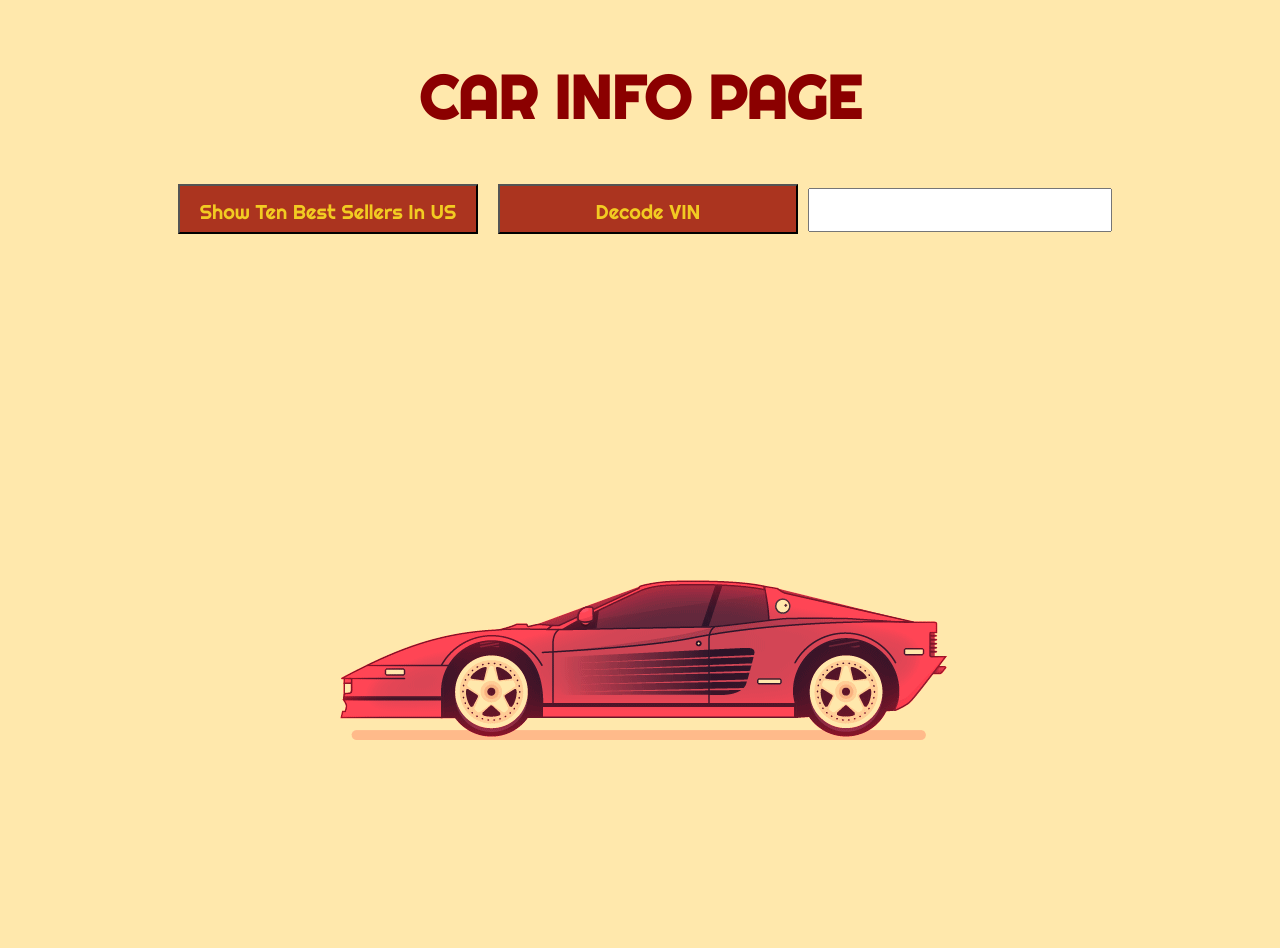
Repository: shadowmare358/vueVinCheck
Page: /
These files come from the project's save history. The page is drawn as it stood at one moment and after the next save; the edit follows.
The browser window is 1280 px wide. The pictures show the whole page.
The project was rebuilt for these pictures with package versions that can differ from the ones it lists, and the page was loaded fresh each time.

Above is the page before, as saved 2019-11-05 11:45:44.

After the next save:
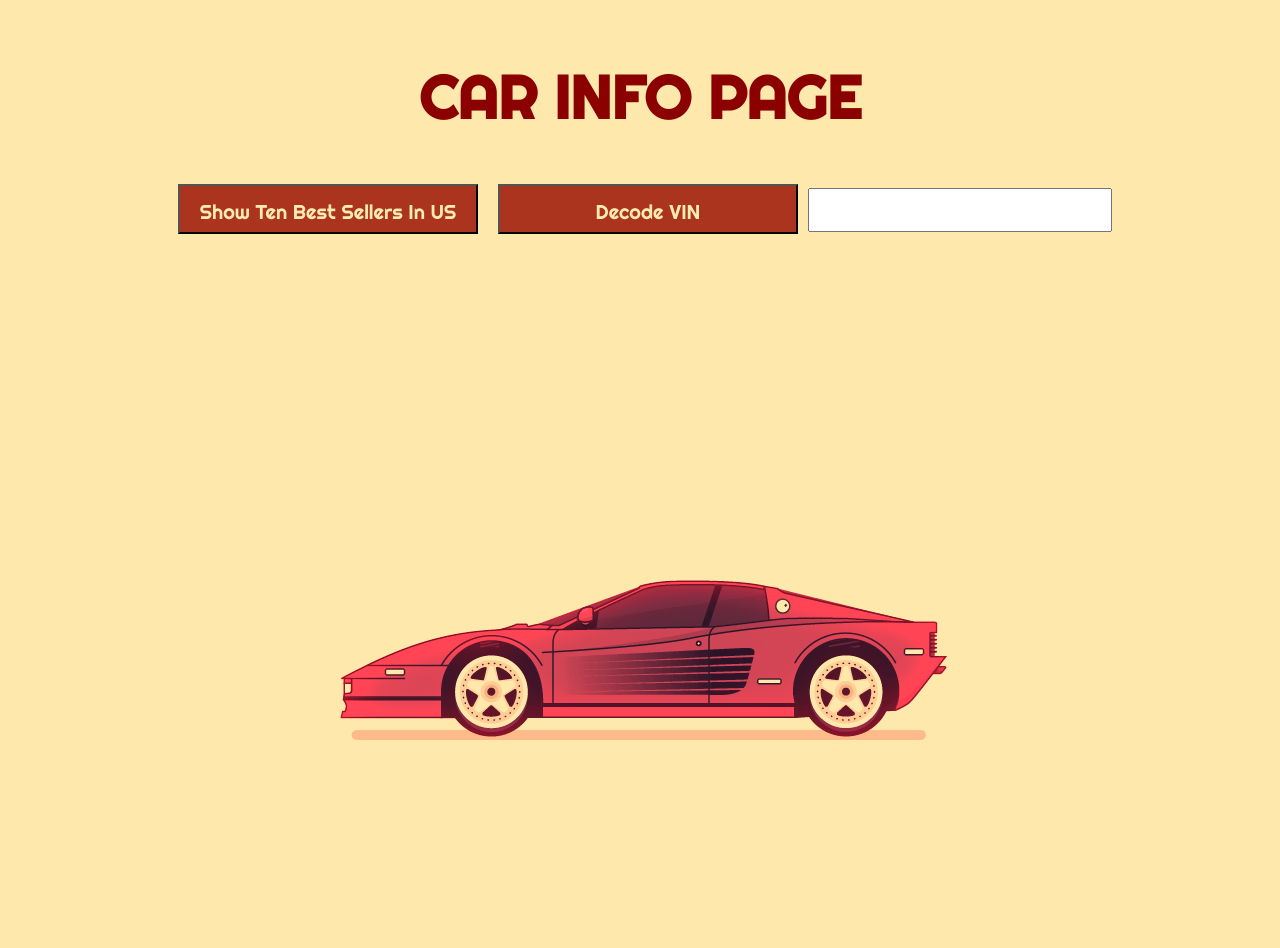
Saved 30 s later.
--- a/src/components/Search.vue
+++ b/src/components/Search.vue
@@ -99,7 +99,7 @@
     font-weight: 100;
     outline: darkred;
     cursor: pointer;
-    color: rgb(240, 197, 9);
+    color: #FFE8AC;;
     transition: all 0.3s;
     position: relative;
     margin: 10px;
